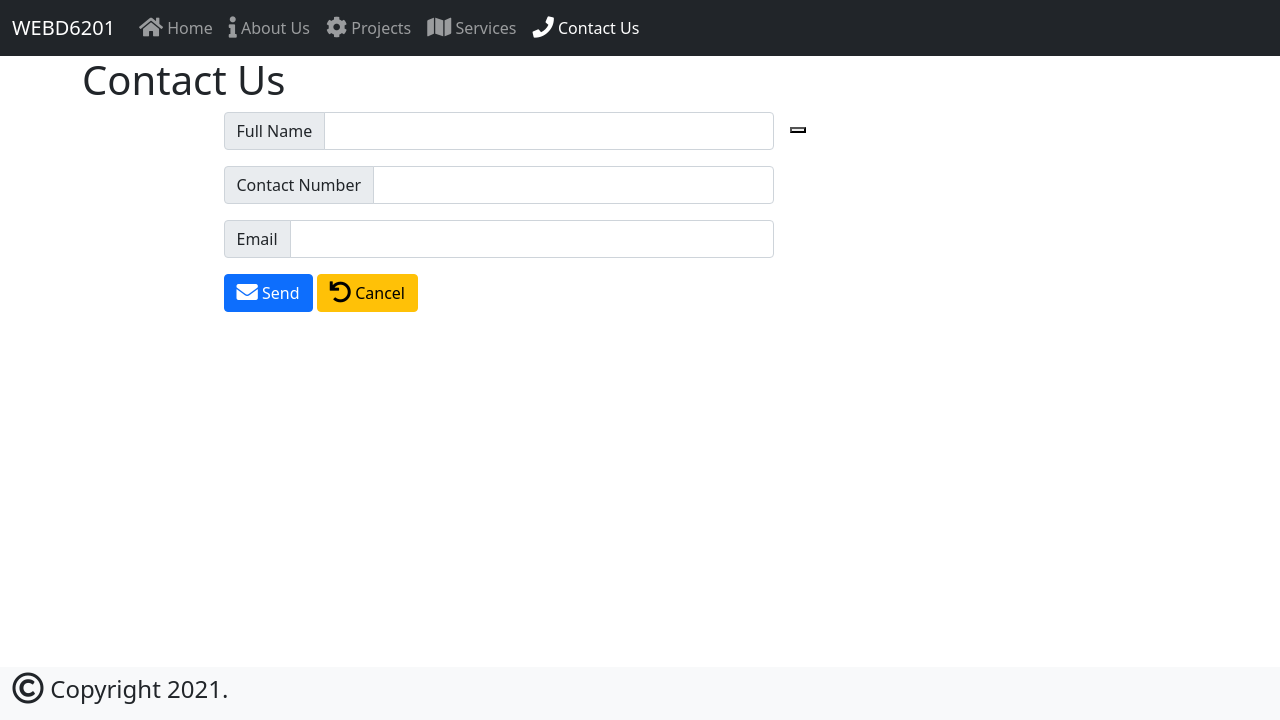
Repository: CKM206/WEBD6201-W2021-ICE2
Page: contact-list.html
These files come from the project's save history. The page is drawn as it stood at one moment and after the next save; the edit follows.
The browser window is 1280 px wide. The pictures show the whole page.

Above is the page before, as saved 2021-01-28 09:35:44.

After the next save:
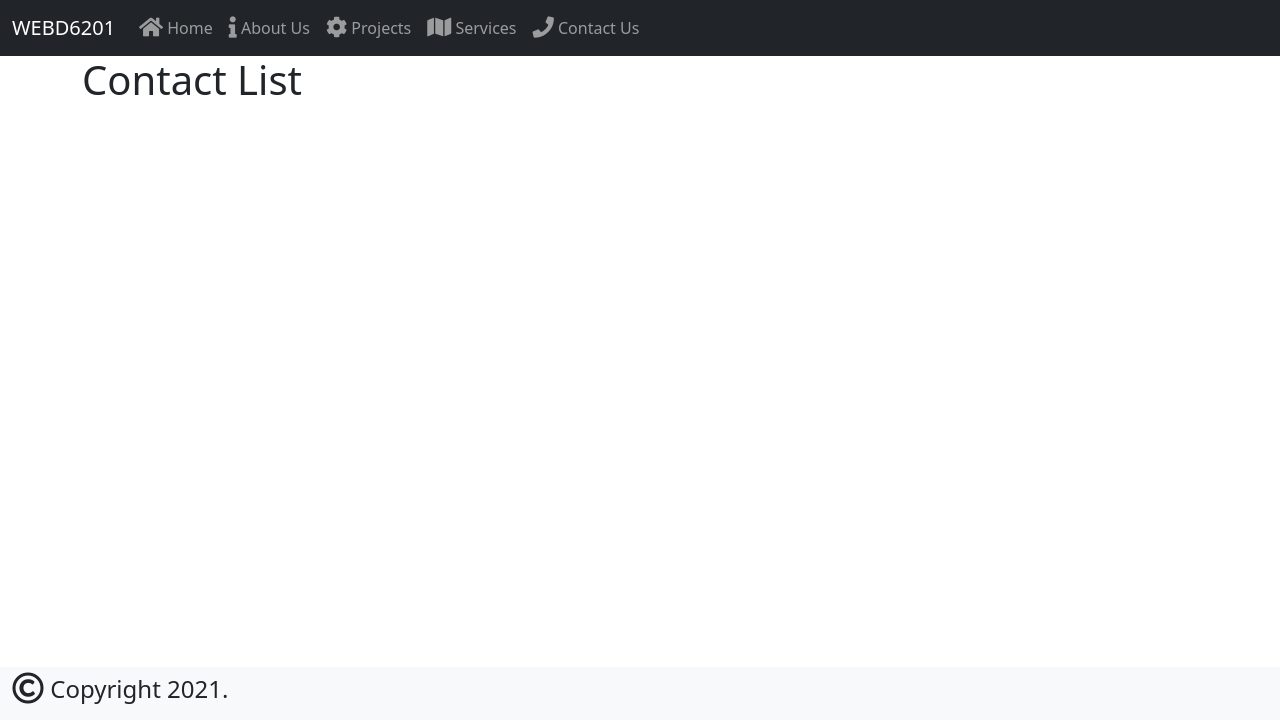
Saved 51 s later.
--- a/contact-list.html
+++ b/contact-list.html
@@ -38,7 +38,7 @@
                   </li>
 
                   <li class="nav-item">
-                    <a class="nav-link active" aria-current="page" href="contact.html"><i class="fas fa-phone fa-lg"></i> Contact Us</a>
+                    <a class="nav-link" aria-current="page" href="contact.html"><i class="fas fa-phone fa-lg"></i> Contact Us</a>
                   </li>
                 </ul>
               </div>
@@ -48,38 +48,10 @@
 
     <!-- Main Content -->
     <main class="container">
-        <h1>Contact Us</h1>
+        <h1>Contact List</h1>
         <div id="messageArea"></div>
 
-        <div class="row justify-content-lg-center g-3">
-          <form class="col-lg-6 col-md-10 col-sm-10">
 
-            <div class="input-group mb-3">
-              <span class="input-group-text" id="inputGroup-sizing-default">Full Name </span>
-              <input id="fullName" type="text" class="form-control" aria-label="Full Name" aria-describedby="Full Name Input"
-              name="fullName" required>
-            </div>
-
-            <div class="input-group mb-3">
-              <span class="input-group-text" id="inputGroup-sizing-default">Contact Number</span>
-              <input id="contactNumber" type="tel" class="form-control" aria-label="Contact Number" aria-describedby="Contact Number Input"
-              name="contactNumber" required>
-            </div>
-
-            <div class="input-group mb-3">
-              <span class="input-group-text" id="inputGroup-sizing-default">Email</span>
-              <input id="emailAddress" type="email" class="form-control" aria-label="Email Address" aria-describedby="Email Address Input"
-              name="emailAddress" required>
-            </div>
-
-            <button id="sendButton" type="submit" class="btn btn-primary"><i class="fas fa-envelope fa-lg"></i> Send</button>
-            <button id="cancelButton" type="reset" class="btn btn-warning"><i class="fas fa-undo fa-lg"></i> Cancel</button>
-          </form>
-
-          <div class="col-lg-3 col-md-3">
-            <button id="" >
-          </div>
-        </div>
 
 
     </main>
